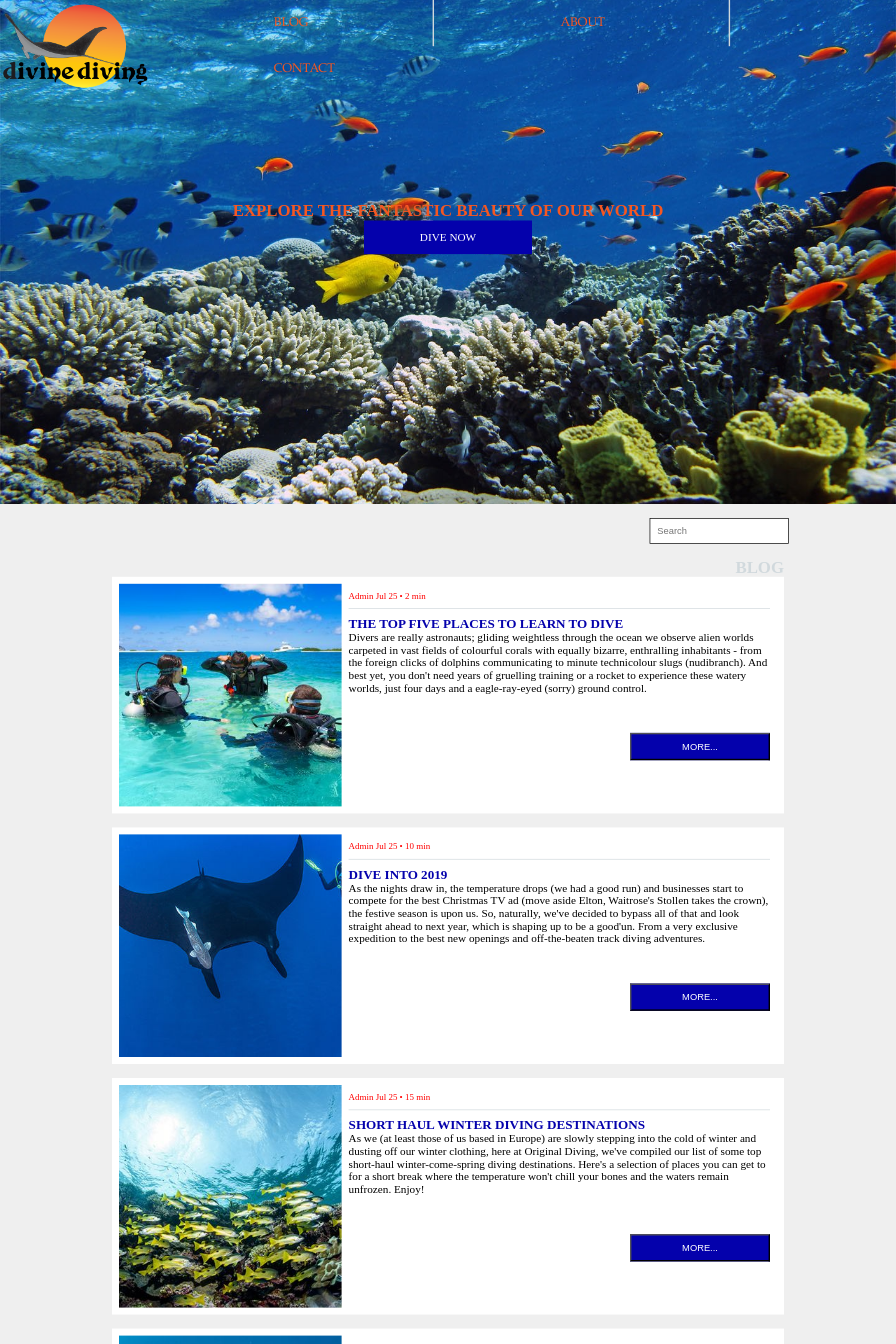
Repository: M1shkaBear/FLX
Page: FLX_homework_3/homework/index.html
An editor plug-in stored every save of this project. The page is shown before and after the next save, followed by the edit.
The browser window is 1280 px wide. The pictures show the part of the page from y = 0 to 1920 px (the page is 3443 px tall), at 70% of full size.
The style sheet was rebuilt from its Sass, Less or Tailwind sources for each picture, by a compiler version that may differ from the author's.

Above is the page before, as saved 2019-01-26 18:03:11.

After the next save:
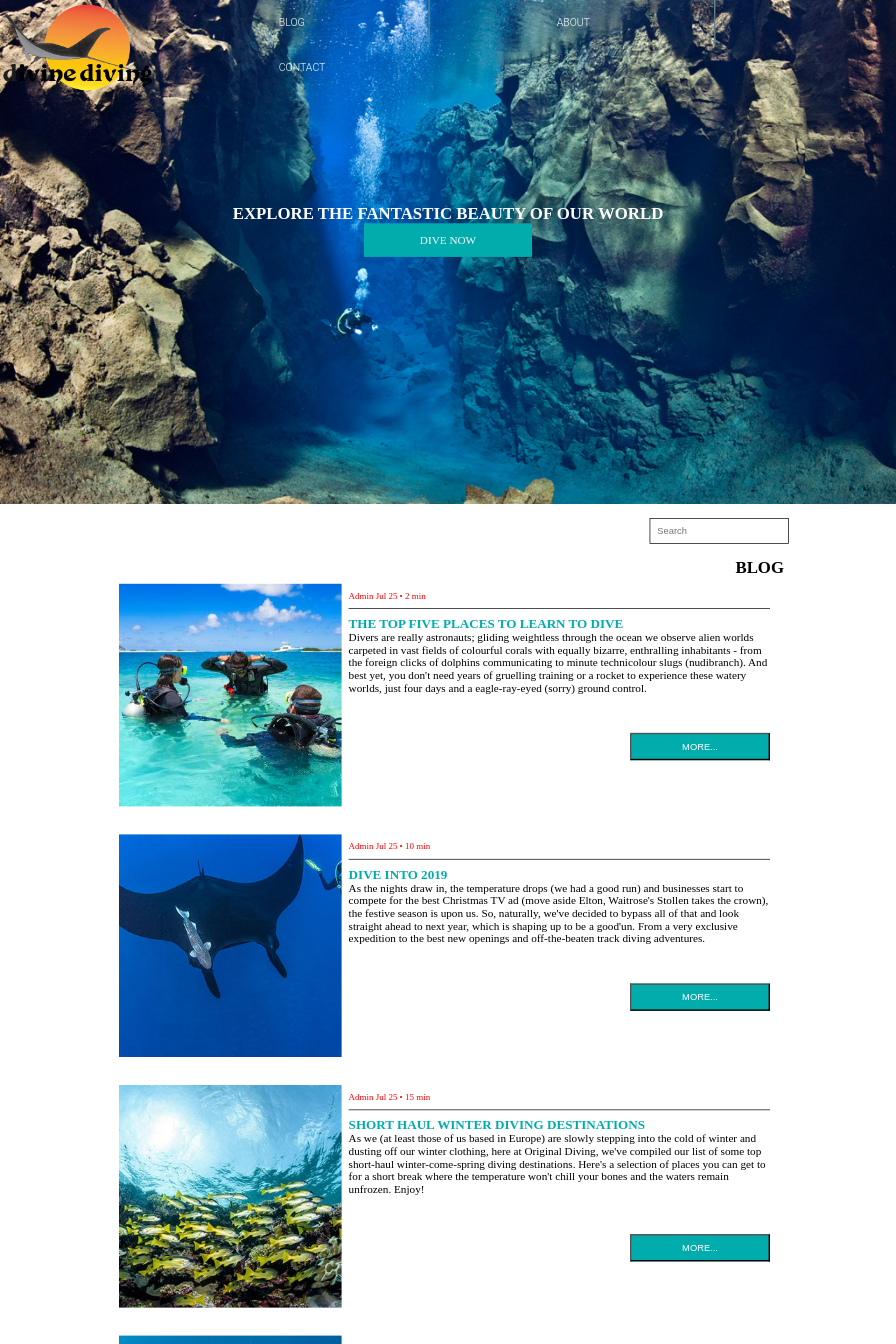
Saved 15 s later.
--- a/FLX_homework_3/homework/index.html
+++ b/FLX_homework_3/homework/index.html
@@ -7,8 +7,8 @@
 
     <!-- Styles should be switched here: -->
 
-    <!-- <link rel="stylesheet" type="text/css" href="css/style1.css" /> -->
-    <link rel="stylesheet" type="text/css" href="css/style2.css" />
+    <link rel="stylesheet" type="text/css" href="css/style1.css" />
+    <!-- <link rel="stylesheet" type="text/css" href="css/style2.css" /> -->
 
     <title>Explore the world of ocean</title>
   </head>
